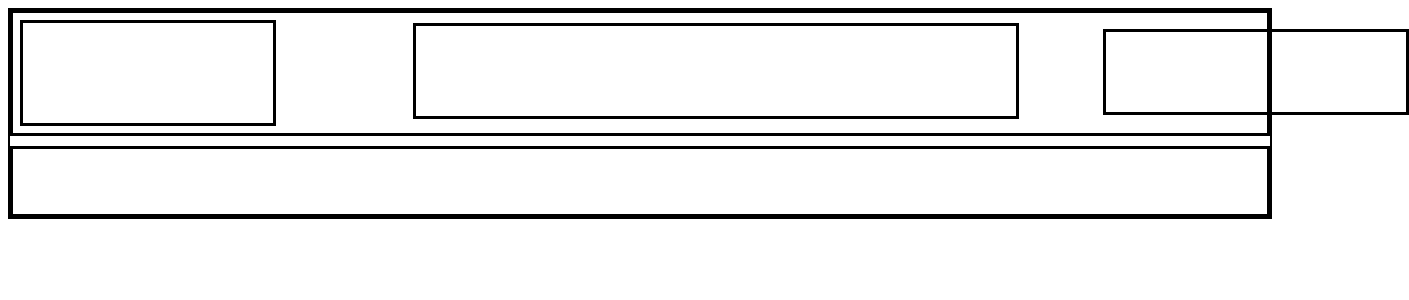
Repository: cartervandekamp/htmlstructure.mdia2003
Page: htmlstructure-psd/index.html
The author's editor kept a copy of each file at every save. The page is drawn from the files as they stood at one save, then again after the next save.
The browser window is 1280 px wide. The page is 1409 px wide, then 1407 px, so the pictures cover 1409 px, including what lies to the right of the window. The pictures show the whole page.

Above is the page before, as saved 2023-01-16 18:12:13.

After the next save:
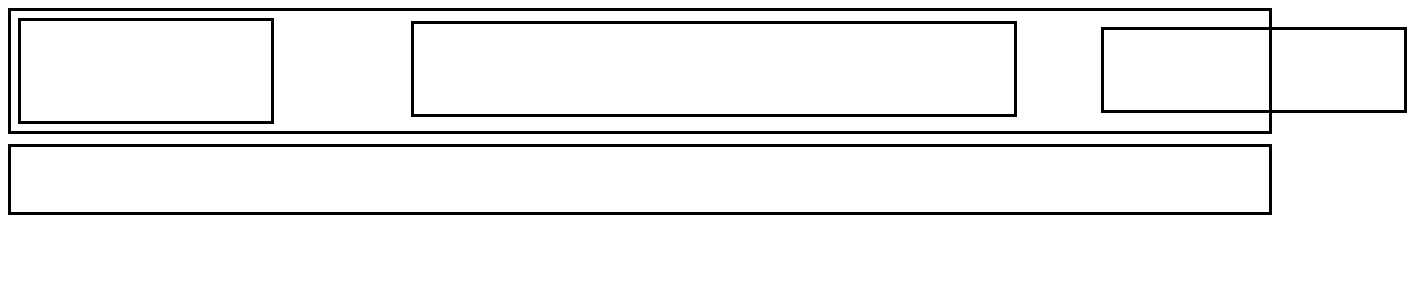
Saved 11 s later.
--- a/htmlstructure-psd/style.css
+++ b/htmlstructure-psd/style.css
@@ -1,8 +1,4 @@
-body {
-    border-style: solid;
-    border-color: black;
-    border-width: 2px;
-}
+
 
 .toprow {
     height: 120px;
